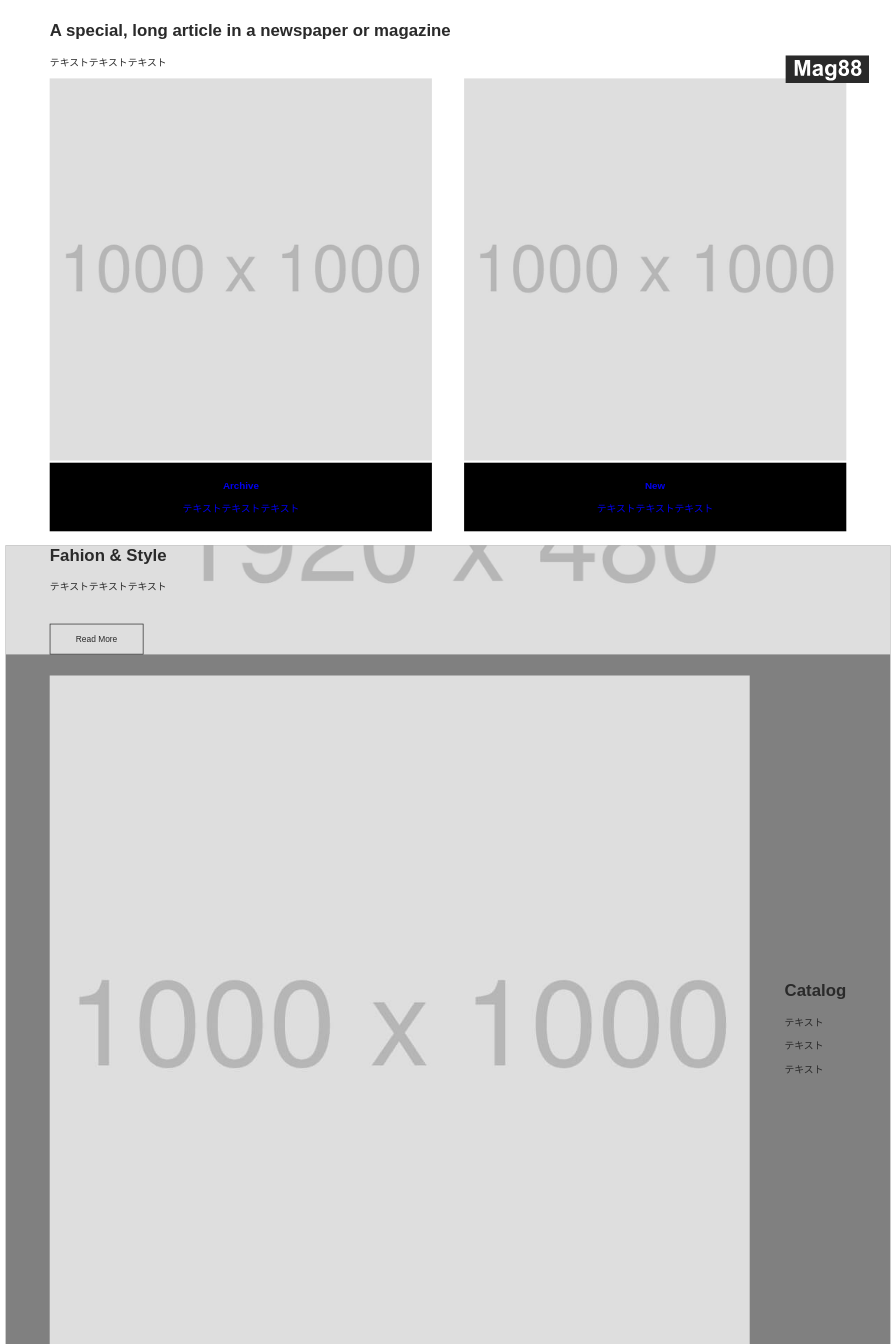
Repository: Fuki-san/bookstore
Page: http://localhost/book
These files come from the project's save history. The page is drawn as it stood at one moment and after the next save; the edit follows.
The browser window is 1280 px wide. The pictures show the part of the page from y = 0 to 1920 px (the page is 3142 px tall before and 3870 px after), at 70% of full size.
The page is served by the project's Laravel application, run on PHP 8.4 with Laravel 10.

Above is the page before, as saved 2023-11-21 13:43:01.

After the next save:
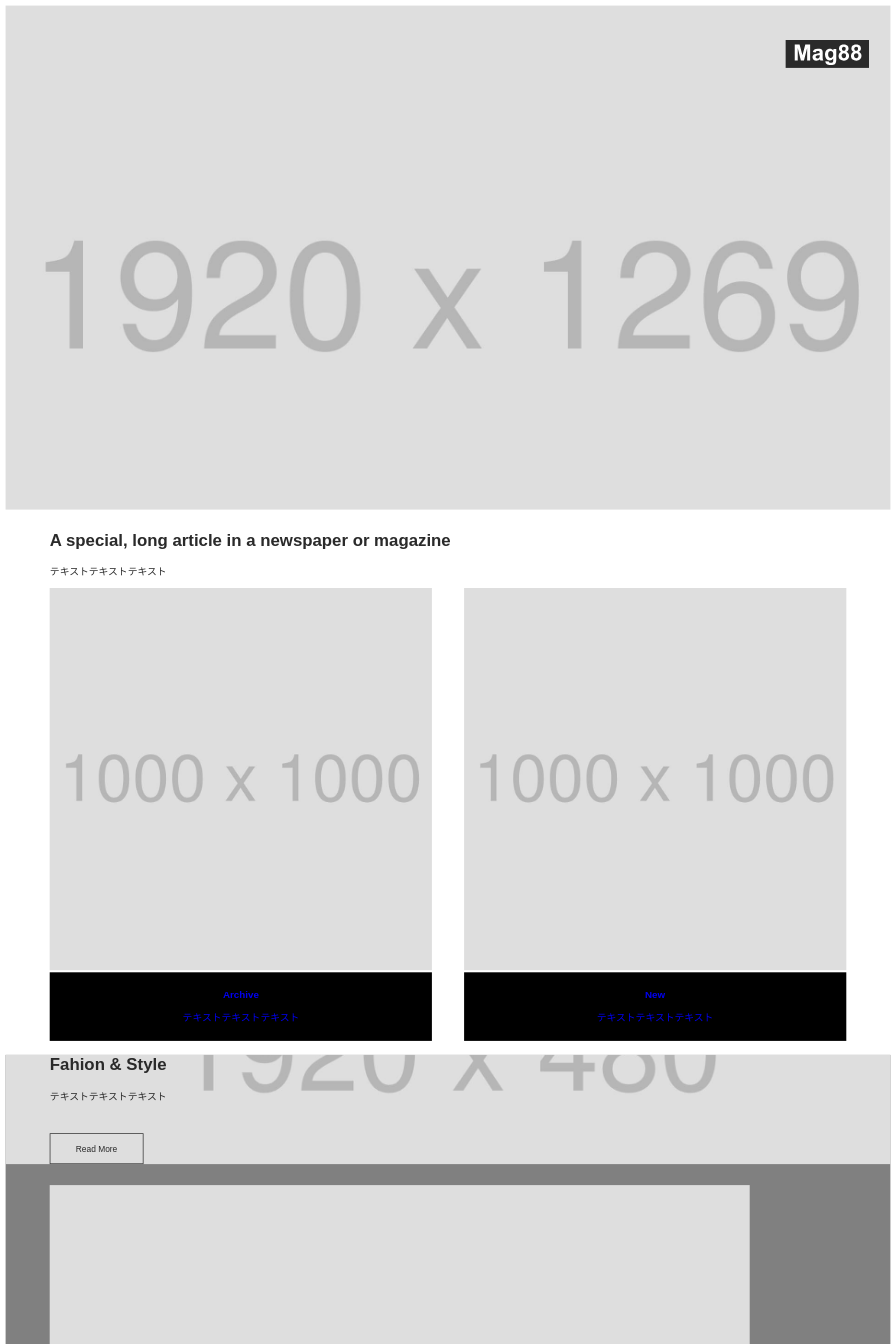
Saved 4 s later.
--- a/public/css/style.css
+++ b/public/css/style.css
@@ -49,7 +49,7 @@ li{
     background-size: cover;
     position: relative;
     margin: 0 0 30px 0;
-    he
+    height: 100vh;
 }
 
 .flex-item{
